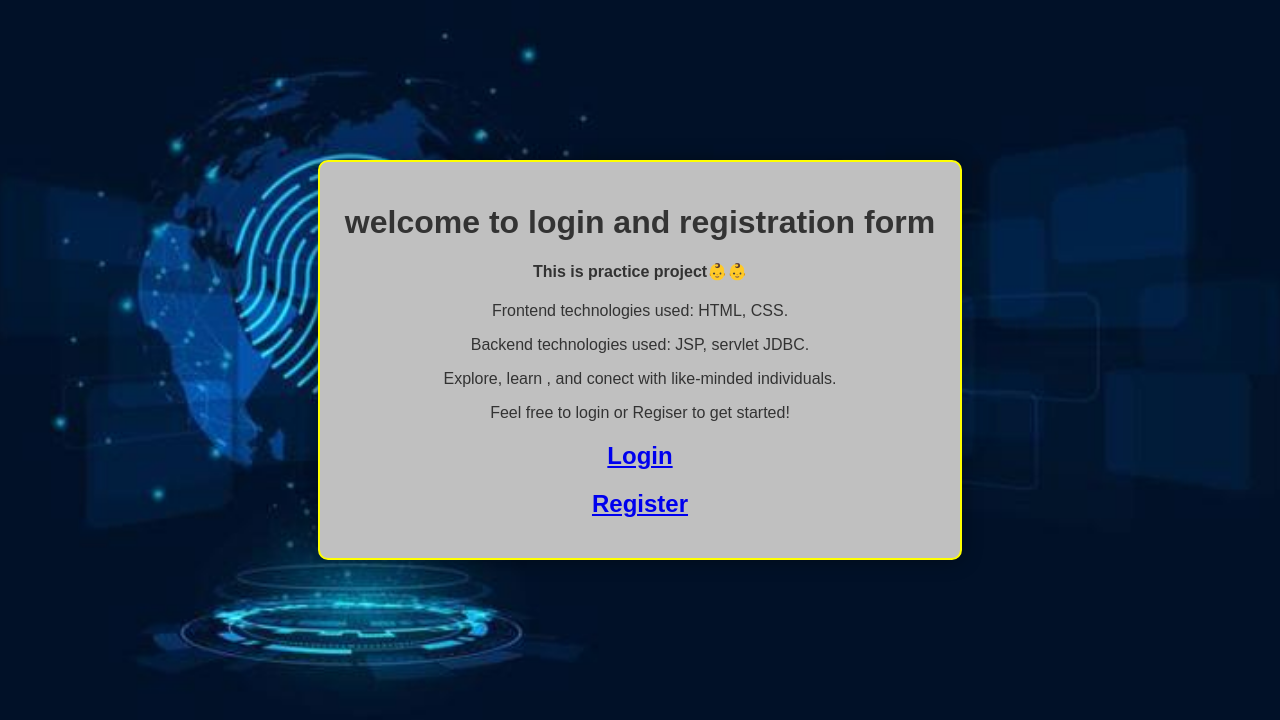
Repository: Rajivkumar2023/java-practice
Page: http://localhost/Login-Registration/
These files come from the project's save history. The page is drawn as it stood at one moment and after the next save; the edit follows.
The browser window is 1280 px wide. The pictures show the whole page.
The page is served by Tomcat 10.

Above is the page before, as saved 2024-07-31 09:34:38.

After the next save:
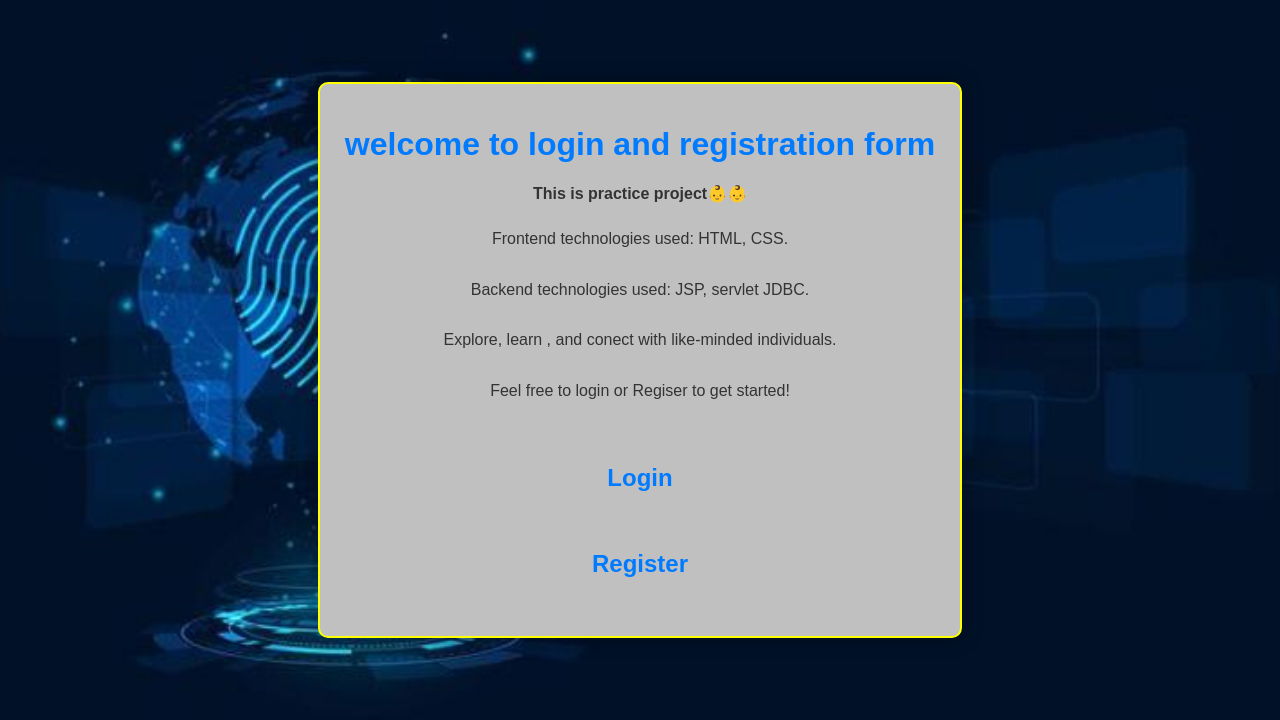
Saved 5 min 19 s later.
--- a/Login-Registration/src/main/webapp/index.css
+++ b/Login-Registration/src/main/webapp/index.css
@@ -25,3 +25,24 @@ body{
 	border:2px solid yellow;
 
 }
+
+h1{
+	font-weight:bold;
+	color:#007BFF;
+}
+p{
+	margin:20px 0;
+	line-height:1.9;
+}
+.links a{
+	margin :0 10px;
+	text-decoration: none;
+	color:#007BFF;
+	font-weight:bold;
+	transition:color 0.3s ease;
+}
+link a:hover{
+	color:#0056b3;
+	font-size:20px;
+	text-transform:upercase;
+}
